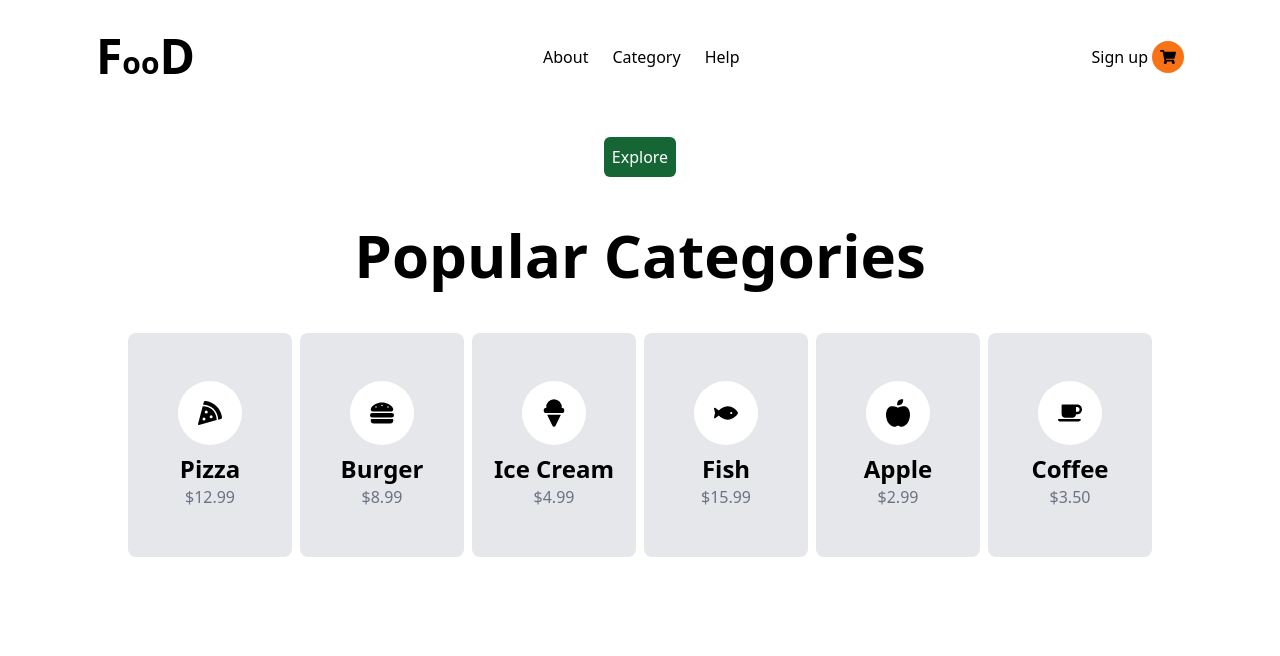
Repository: KhushiCode14/FoodWeb
Page: /category (app in frontend/)
The author's editor kept a copy of each file at every save. The page is drawn from the files as they stood at one save, then again after the next save.
The browser window is 1280 px wide. The pictures show the whole page.
The project was rebuilt for these pictures with package versions that can differ from the ones it lists, and the page was loaded fresh each time. Also part of the build but not shown: frontend/src/Pages/Home.tsx, frontend/src/components/Home/SignUp.tsx, frontend/src/components/Home/SignIn.tsx, frontend/src/components/Home/Cart.tsx.

Above is the page before, as saved 2024-09-24 17:29:10.

### frontend/src/index.css
@tailwind base;
@tailwind components;
@tailwind utilities;

.bgBack{
  background-image: url(../src/components/images/background.svg);
}
.bgSignUp{
  background-image:url(../src/components/images/signUpBg.jpeg);
}
.SignUpShadow{
  box-shadow: rgba(0, 0, 0, 0.24) 0px 3px 8px;
}

### frontend/src/App.tsx
import { Route, BrowserRouter as Router, Routes, } from 'react-router-dom';
import './App.css';
import Navbar from './Pages/Navbar';
import Home from './Pages/Home';
import SignUp from './components/Home/SignUp';
import SignIn from './components/Home/SignIn';
import Cart from './components/Home/Cart';
import Category from './components/categories/Category';
import { useEffect, useState } from 'react';

function App() {
  const [currentPath, setCurrentPath] = useState("");


  useEffect(() => {
    setCurrentPath(window.location.pathname);
    console.log("Current Path:", window.location.pathname);
    // Update currentPath when the component mounts
  }, []);

  return (
    <div  className={`m-0 px-20 pt-2 max-sm:px-3 max-sm:pt-1 ${currentPath === "/" ? "bgBack" : "bg-transparent text-black "}`}>
      <Router>
        <Navbar />
        <Routes>
          <Route path="/" element={<Home />} />
          <Route path="/signUp" element={<SignUp />} />
          {/* Sign Up: This action is for new users who want to create an account. */}
          <Route path="/signIn" element={<SignIn />} />
          {/* Sign In: This action is for users who already have an account */}
          <Route path="/cart" element={<Cart />} />
         <Route  path="/category" element={<Category/>} />
          {/*<Route  path="/contact" element={Contact} /> */}
        </Routes>

      </Router>

    </div>
  );
}

export default App;

### frontend/src/Pages/Navbar.tsx
import { NavLink, Link } from "react-router-dom";
import { FaShoppingCart, FaCartPlus } from "react-icons/fa";
import { useState } from "react";
import { IoReorderThreeOutline } from "react-icons/io5";

interface Nav {
  to: string;
  linkName: string;
}

const Navbar: React.FC = () => {
  const [sign, setSign] = useState<string>('Sign up');
  const [menu, setMenu] = useState<boolean>(false);
  const [cart, setCart] = useState<JSX.Element>(<FaShoppingCart />);

  const navLinks: Nav[] = [
    { to: "/about", linkName: "About" },
    { to: "/category", linkName: "Category" },
    { to: "/help", linkName: "Help" },
  ];

  const handleSignToggle = () => {
    setSign((prev) => (prev === 'Sign up' ? 'Sign in' : 'Sign up'));
  };

  const handleCartToggle = () => {
    setCart((prevCart) =>
      prevCart.type === FaShoppingCart ? <FaCartPlus /> : <FaShoppingCart />
    );
  };
const currentPath = window.location.pathname;


  return (

    <div className={`mt-2 flex justify-between items-center p-4  ${currentPath === "/" ? "bg-inherit text-white" : "bg-transparent text-black"}`}>
      <div className="font-bold text-3xl">
        <Link to="/">
          <span className="text-5xl">F</span>oo<span className="text-5xl">D</span>
        </Link>
      </div>

      {/* Desktop Menu */}
      <div className="hidden md:flex">
        {navLinks.map((link, index) => (
          <Link key={index} to={link.to} className="mx-3 hover:text-gray-400">
            {link.linkName}
          </Link>
        ))}
      </div>

      {/* Mobile Menu Button */}
      <div className="flex items-center relative">
        <button className="hidden md:block">
          <NavLink to="/signUp" onClick={handleSignToggle} className="m-1">
            {sign}
          </NavLink>
        </button>

        <div onClick={handleCartToggle} className="bg-orange-500 p-2 rounded-full cursor-pointer">
         <Link to="/cart"> {cart}</Link>
        </div>

        <div className="md:hidden flex items-center ml-3">
          <IoReorderThreeOutline onClick={() => setMenu(!menu)} className="text-2xl cursor-pointer" />
        </div>
      </div>

      {/* Mobile Dropdown Menu */}
      {menu && (
        <div className="md:hidden mt-2 absolute right-0 w-40 bg-orange-500  p-2 rounded-lg z-10 top-20">
          <ul className="flex flex-col">
            {navLinks.map((link, index) => (
              <li key={index} className="my-1">
                <Link to={link.to} className="block px-4 py-2 text-white text-1xl  hover:bg-orange-800 rounded">
                  {link.linkName}
                </Link>
              </li>
            ))}
          </ul>
        </div>
      )}
    </div>
  );
};

export default Navbar;

### frontend/src/components/categories/Category.tsx
import React from 'react'
import Card from './Card'


const Category = () => {
  return (
    <div className='flex flex-col p-10  gap-4 items-center justify-center bg-white'>
      <div className='flex-1 bg-green-800 text-white p-2 rounded-md'><button>Explore</button></div>
      <div className='flex-1 text-6xl font-bold m-8 max-sm:text-3xl justify-center items-center' ><h1>Popular Categories</h1></div>
      {/* cards */}
      <div className='flex-1 '>
       <Card/>

      </div>
    </div>
  )
}

export default Category

### frontend/src/components/categories/Card.tsx
import React from 'react'
import { FaPizzaSlice, FaHamburger, FaIceCream,  FaCoffee, FaAppleAlt, FaFish } from 'react-icons/fa';
interface FoodItem {
  id: number;
  name: string;
  price: number;
  icon: JSX.Element;
}
const foodItems: FoodItem[] = [
  {
    id: 1,
    name: 'Pizza',
    price: 12.99,
    icon: <FaPizzaSlice />,
  },
  {
    id: 2,
    name: 'Burger',
    price: 8.99,
    icon: <FaHamburger />,
  },
  {
    id: 3,
    name: 'Ice Cream',
    price: 4.99,
    icon: <FaIceCream />,
  }
  ,
  {
    id: 4,
    name: 'Fish',
    price: 15.99,
    icon: <FaFish />,
  },
  {
    id: 5,
    name: 'Apple',
    price: 2.99,
    icon: <FaAppleAlt />,
  },
  {
    id: 6,
    name: 'Coffee',
    price: 3.50,
    icon: <FaCoffee />,
  },
  // {
  //   id: 7,
  //   name: 'Hot Dog',
  //   price: 5.49,
  //   icon: <FaHotdog />,
  // },
  // {
  //   id: 8,
  //   name: 'Chicken Drumstick',
  //   price: 9.99,
  //   icon: <FaDrumstickBite />,
  // },
];

const Card: React.FC = () => {

  return (
    <div className=" flex gap-2 max-sm:flex-col  max-md:flex-col ">
      {foodItems.map((item) => (
      <div
      key={item.id}
      className="bg-gray-200 p-3 flex flex-col items-center justify-center w-[164px] h-56 rounded-lg max-sm:w-[300px] max-md:w-[556px] max-md:h-[400px] "
    >
      <div className="icon rounded-full bg-white flex items-center  p-5 justify-center w-16 h-16 text-3xl max-md:text-5xl ">
        {item.icon}
      </div>
      <h3 className="mt-2 text-center font-bold text-2xl">{item.name}</h3>
      <p className="text-center text-gray-500">${item.price.toFixed(2)}</p>
    </div>

      ))}
    </div>
  )
}

export default Card

### frontend/tailwind.config.js
/** @type {import('tailwindcss').Config} */
module.exports = {
  content: [
    "./src/**/*.{js,jsx,ts,tsx}",
  ],
  theme: {
    extend: {
      fontFamily: {
        'cursive': ['Pacifico', 'cursive']
      }
    },
  },
  plugins: [],
}

Loaded but not shown: frontend/public/index.html (common file); frontend/src/index.tsx (common file); frontend/src/reportWebVitals.ts (common file); frontend/src/App.css (no stored copy; drawn as an empty file)

After the next save:
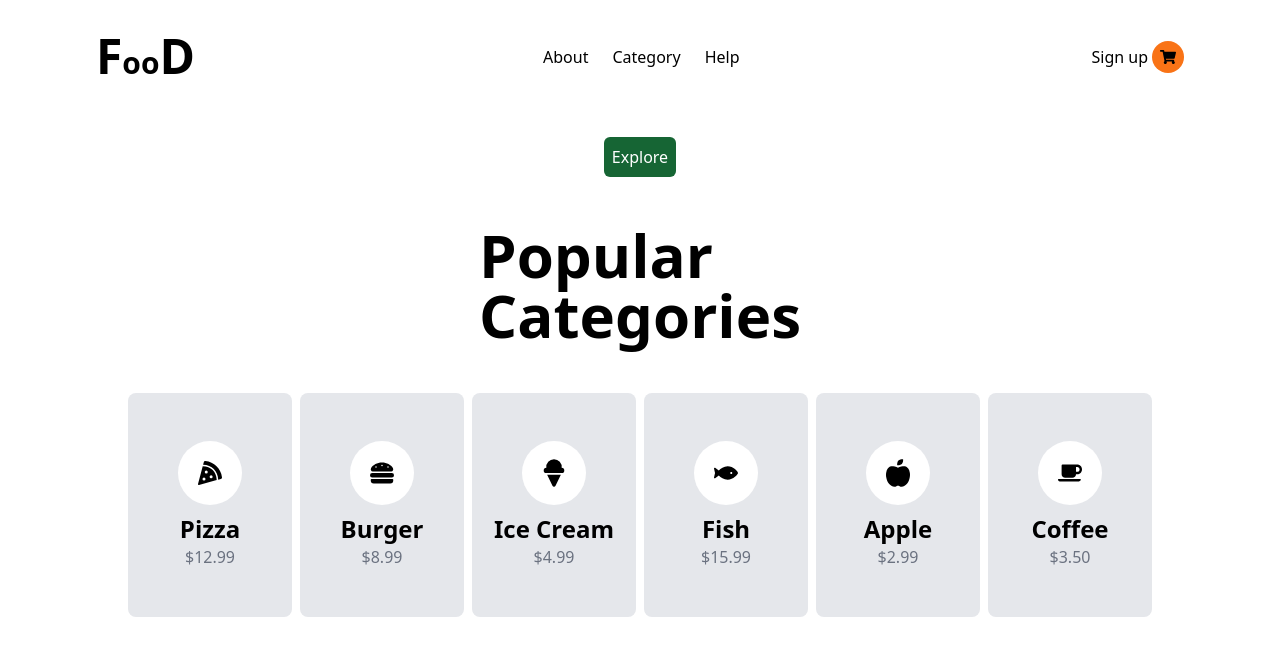
Saved 31 s later.
--- a/frontend/src/components/categories/Category.tsx
+++ b/frontend/src/components/categories/Category.tsx
@@ -6,7 +6,7 @@ const Category = () => {
   return (
     <div className='flex flex-col p-10  gap-4 items-center justify-center bg-white'>
       <div className='flex-1 bg-green-800 text-white p-2 rounded-md'><button>Explore</button></div>
-      <div className='flex-1 text-6xl font-bold m-8 max-sm:text-3xl justify-center items-center' ><h1>Popular Categories</h1></div>
+      <div className='flex-1 text-6xl font-bold m-8 max-sm:text-3xl justify-center items-center' ><h1><div>Popular </div>Categories</h1></div>
       {/* cards */}
       <div className='flex-1 '>
        <Card/>
